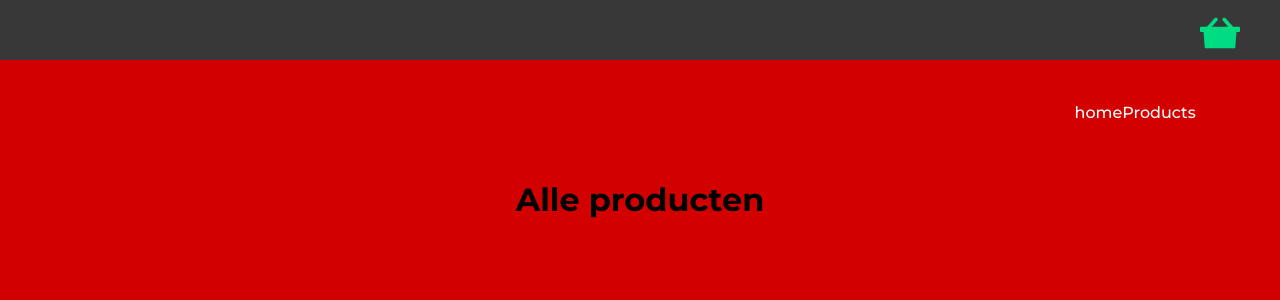
Repository: jodelajo/nuxt-product-page
Page: /
An editor plug-in stored every save of this project. The page is shown before and after the next save, followed by the edit.
The browser window is 1280 px wide. The pictures show the whole page.
The page's requests for data from a server got no answer. The project was rebuilt for these pictures with package versions that can differ from the ones it lists, and the page was loaded fresh each time. The framework's server and built-in components were replaced by stand-ins that run in the browser. No one was signed in, and anything a server would have sent is missing. Also part of the build but not shown: nuxt.config.js, components/BuyButton.vue, components/CartPrices.vue, components/Counter.vue, components/FilterIcon.vue, components/HomeIcon.vue, components/IncDecButtons.vue, components/MyItem.vue and 8 more.

Above is the page before, as saved 2021-12-03 16:23:36.

### components/Basket.vue
<template>
  <!-- <svg class="nuxt-logo" viewBox="0 0 45 30" fill="none" xmlns="http://www.w3.org/2000/svg">
    <path d="M24.7203 29.704H41.1008C41.6211 29.7041 42.1322 29.5669 42.5828 29.3061C43.0334 29.0454 43.4075 28.6704 43.6675 28.2188C43.9275 27.7672 44.0643 27.2549 44.0641 26.7335C44.0639 26.2121 43.9266 25.6999 43.6662 25.2485L32.6655 6.15312C32.4055 5.70162 32.0315 5.32667 31.581 5.06598C31.1305 4.8053 30.6195 4.66805 30.0994 4.66805C29.5792 4.66805 29.0682 4.8053 28.6177 5.06598C28.1672 5.32667 27.7932 5.70162 27.5332 6.15312L24.7203 11.039L19.2208 1.48485C18.9606 1.03338 18.5864 0.658493 18.1358 0.397853C17.6852 0.137213 17.1741 0 16.6538 0C16.1336 0 15.6225 0.137213 15.1719 0.397853C14.7213 0.658493 14.3471 1.03338 14.0868 1.48485L0.397874 25.2485C0.137452 25.6999 0.000226653 26.2121 2.8053e-07 26.7335C-0.000226092 27.2549 0.136554 27.7672 0.396584 28.2188C0.656614 28.6704 1.03072 29.0454 1.48129 29.3061C1.93185 29.5669 2.44298 29.7041 2.96326 29.704H13.2456C17.3195 29.704 20.3239 27.9106 22.3912 24.4118L27.4102 15.7008L30.0986 11.039L38.1667 25.0422H27.4102L24.7203 29.704ZM13.0779 25.0374L5.9022 25.0358L16.6586 6.36589L22.0257 15.7008L18.4322 21.9401C17.0593 24.2103 15.4996 25.0374 13.0779 25.0374Z" fill="#00DC82" />
  </svg> -->



<svg class="nuxt-logo" xmlns="http://www.w3.org/2000/svg"  viewBox="0 0 122.88 94.27" style="enable-background:new 0 0 122.88 94.27" xml:space="preserve">
<path d="M12.04,27.72h9.43L44.56,1.86c2.05-2.3,5.61-2.5,7.9-0.45v0c2.3,2.05,2.5,5.61,0.45,7.91l-16.42,18.4h50.32 L70.39,9.32c-2.05-2.3-1.85-5.86,0.45-7.91h0c2.3-2.05,5.85-1.85,7.91,0.45l23.08,25.86l9.02,0l0.12,0l8.47,0 c1.9,0,3.45,1.55,3.45,3.45v9.73c0,1.9-1.55,3.45-3.45,3.45h-7.33l-3.77,47.53c-0.1,1.31-1.08,2.39-2.39,2.39H16.94 c-1.31,0-2.29-1.08-2.39-2.39l-3.77-47.53H3.45C1.55,44.35,0,42.8,0,40.9v-9.73c0-1.9,1.55-3.45,3.45-3.45l8.47,0L12.04,27.72 L12.04,27.72z M77.67,46.22h10.91v31.53l-10.91,0V46.22L77.67,46.22z M56.45,46.22h10.9v31.53l-10.9,0V46.22L56.45,46.22z M35.23,46.22h10.91v31.53l-10.91,0V46.22L35.23,46.22z" fill="#00DC82"/>
</svg>



</template>

<style>
.nuxt-logo {
  padding-top: 10px;
  height: 40px;
  width: 40px;
}
</style>

### components/NavBar.vue
<template>
  <nav class="navBar">
    <div class="shoppingcart">
      <NuxtLink to="/">home</NuxtLink>
      <NuxtLink to="/products"
        >Products <span class="sr-only">(current)</span>
      </NuxtLink>
      <NuxtLink to="/my-items"> <Basket /> <span>{{ counter }}</span>
      </NuxtLink><span class="sr-only">(current)</span>



    </div>
  </nav>
</template>

<script>
import { mapState } from "vuex";
export default {

    computed: {
        ...mapState(['counter'])
    }
};
</script>

<style scoped>
.navBar {
  width: 100vw;
  background-color: rgb(56, 56, 56);
  color: white;
  height: 60px;
  display: flex;
  justify-content: flex-end;
  align-items: center;
}
.shoppingcart {
  margin-right: 40px;
}
.sr-only:not(:focus):not(:active) {
  clip: rect(0 0 0 0);
  clip-path: inset(50%);
  height: 1px;
  overflow: hidden;
  position: absolute;
  white-space: nowrap;
  width: 1px;
}

.shoppingcart a {
  color: white;
  text-decoration: none;
}

.shoppingcart a:hover {
  color: red;
}
.basket {
  font-size: 20px;
  height: 48px;
  width: 48px;
  z-index: 10;
  color: white;
}
</style>

### components/NuxtLogo.vue
<template>
  <svg class="nuxt-logo" viewBox="0 0 45 30" fill="none" xmlns="http://www.w3.org/2000/svg">
    <path d="M24.7203 29.704H41.1008C41.6211 29.7041 42.1322 29.5669 42.5828 29.3061C43.0334 29.0454 43.4075 28.6704 43.6675 28.2188C43.9275 27.7672 44.0643 27.2549 44.0641 26.7335C44.0639 26.2121 43.9266 25.6999 43.6662 25.2485L32.6655 6.15312C32.4055 5.70162 32.0315 5.32667 31.581 5.06598C31.1305 4.8053 30.6195 4.66805 30.0994 4.66805C29.5792 4.66805 29.0682 4.8053 28.6177 5.06598C28.1672 5.32667 27.7932 5.70162 27.5332 6.15312L24.7203 11.039L19.2208 1.48485C18.9606 1.03338 18.5864 0.658493 18.1358 0.397853C17.6852 0.137213 17.1741 0 16.6538 0C16.1336 0 15.6225 0.137213 15.1719 0.397853C14.7213 0.658493 14.3471 1.03338 14.0868 1.48485L0.397874 25.2485C0.137452 25.6999 0.000226653 26.2121 2.8053e-07 26.7335C-0.000226092 27.2549 0.136554 27.7672 0.396584 28.2188C0.656614 28.6704 1.03072 29.0454 1.48129 29.3061C1.93185 29.5669 2.44298 29.7041 2.96326 29.704H13.2456C17.3195 29.704 20.3239 27.9106 22.3912 24.4118L27.4102 15.7008L30.0986 11.039L38.1667 25.0422H27.4102L24.7203 29.704ZM13.0779 25.0374L5.9022 25.0358L16.6586 6.36589L22.0257 15.7008L18.4322 21.9401C17.0593 24.2103 15.4996 25.0374 13.0779 25.0374Z" fill="#00DC82" />
  </svg>
</template>

<style>
.nuxt-logo {
  height: 180px;
}
</style>

### layouts/default.vue
<template>
  <div>
   <NavBar />
    <Nuxt />
  </div>
</template>

<style>
@import url("https://fonts.googleapis.com/css2?family=Montserrat:wght@100;200;300;500;700;900&family=Readex+Pro:wght@300;500;700&display=swap");

body {
  box-sizing: border-box;
  margin: 0;
  background-color: rgba(226, 199, 203, 0.1);
  display: flex;
  align-items: center;
  justify-content: center;
   font-family: "Montserrat", sans-serif;
}


*,
*::before,
*::after {
  box-sizing: border-box;
  margin: 0;
}
.button--green {
  display: inline-block;
  border-radius: 4px;
  border: 1px solid #3b8070;
  color: #3b8070;
  text-decoration: none;
  padding: 10px 30px;
}
.button--green:hover {
  color: #fff;
  background-color: #3b8070;
}
.button--grey {
  display: inline-block;
  border-radius: 4px;
  border: 1px solid #35495e;
  color: #35495e;
  text-decoration: none;
  padding: 10px 30px;
  margin-left: 15px;
}
.button--grey:hover {
  color: #fff;
  background-color: #35495e;
}
</style>

### layouts/no-nav.vue
<template>
  <div>
<NuxtLink to="/"> Go back </NuxtLink>
    <Nuxt />
  </div>
</template>

<style>
@import url("https://fonts.googleapis.com/css2?family=Montserrat:wght@100;200;300;500;700;900&family=Readex+Pro:wght@300;500;700&display=swap");

body {
  box-sizing: border-box;
  margin: 0;
  background-color: rgba(226, 199, 203, 0.1);
  display: flex;
  align-items: center;
  justify-content: center;
   font-family: "Montserrat", sans-serif;
}

*,
*::before,
*::after {
  box-sizing: border-box;
  margin: 0;
}
.button--green {
  display: inline-block;
  border-radius: 4px;
  border: 1px solid #3b8070;
  color: #3b8070;
  text-decoration: none;
  padding: 10px 30px;
}
.button--green:hover {
  color: #fff;
  background-color: #3b8070;
}
.button--grey {
  display: inline-block;
  border-radius: 4px;
  border: 1px solid #35495e;
  color: #35495e;
  text-decoration: none;
  padding: 10px 30px;
  margin-left: 15px;
}
.button--grey:hover {
  color: #fff;
  background-color: #35495e;
}
</style>

### pages/index.vue
<template>
  <div class="container">
    <h1>Alle producten</h1>
    <ProductsCardDisplay
      v-for="products in allProducts"
      :key="products.ProductID"
      :productsSection="products"
    />

    <!-- {{ allProducts}}
<br>
<h6>product declaration</h6>
{{ allProducts[0].ProductDeclarations}}
<h6>contact information</h6>
{{ allProducts[0].ProductDeclarations.ContactInformation}}
<h6>pictures</h6>
{{ allProducts[0].ProductPictures}}

<h6>prices</h6>
{{ allProducts[0].ProductPrices}}
<h6>logo's</h6>
{{ allProducts[0].Logos}}
<h6>Websub group</h6>

{{ allProducts[0].WebSubGroups}}
<h6>Nutrition</h6>

{{ allProducts[0].Nutrition}}


<h6>product offers</h6>

{{ allProducts[0].ProductOffers}} -->
  </div>
</template>

//brand //WebSubGroup //ProductOffers
<script>
export default {
  methods: {},
  data() {
    return {
      allProducts: [],
    };
  },
  async fetch() {
    this.allProducts = await fetch(
      "https://a1-api.detailresult.nl/v1/assortmentcache/group/281/104?api_key=6d3a42a3-6d93-4f98-838d-bcc0ab2307fd"
    ).then((res) => res.json());
  },
};
</script>

<style>
@import url("https://fonts.googleapis.com/css2?family=Montserrat:wght@100;200;300;500;700;900&family=Readex+Pro:wght@300;500;700&display=swap");

body {
  width: 100vw;
  box-sizing: border-box;
  margin: 0;
  background-color: rgb(211, 0, 0);
}
.container {

  display: flex;
  padding: 20px;
  flex-direction: column;
  justify-content: center;
  align-items: center;
  gap: 20px;
  font-family: "Montserrat", sans-serif;
  /* font-family: 'Readex Pro', sans-serif; */
}
.container h1 {
  margin-top: 100px;
}
</style>

After the next save:
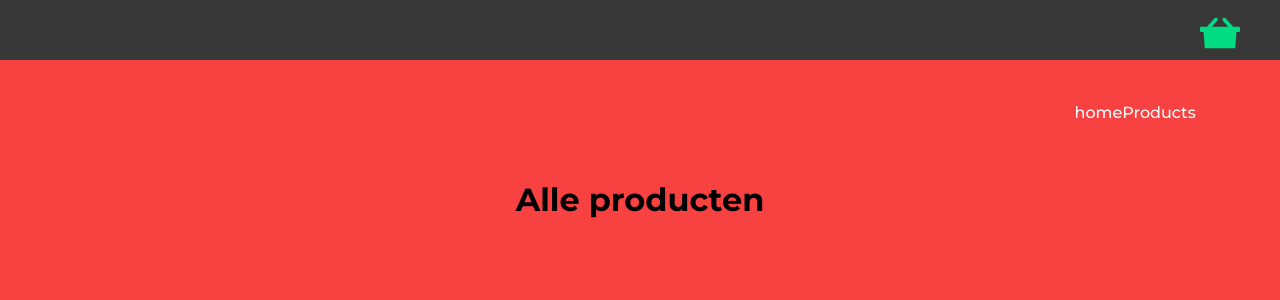
Saved 31 s later.
--- a/pages/index.vue
+++ b/pages/index.vue
@@ -58,7 +58,7 @@ body {
   width: 100vw;
   box-sizing: border-box;
   margin: 0;
-  background-color: rgb(211, 0, 0);
+  background-color: rgb(248, 65, 65);
 }
 .container {
 
